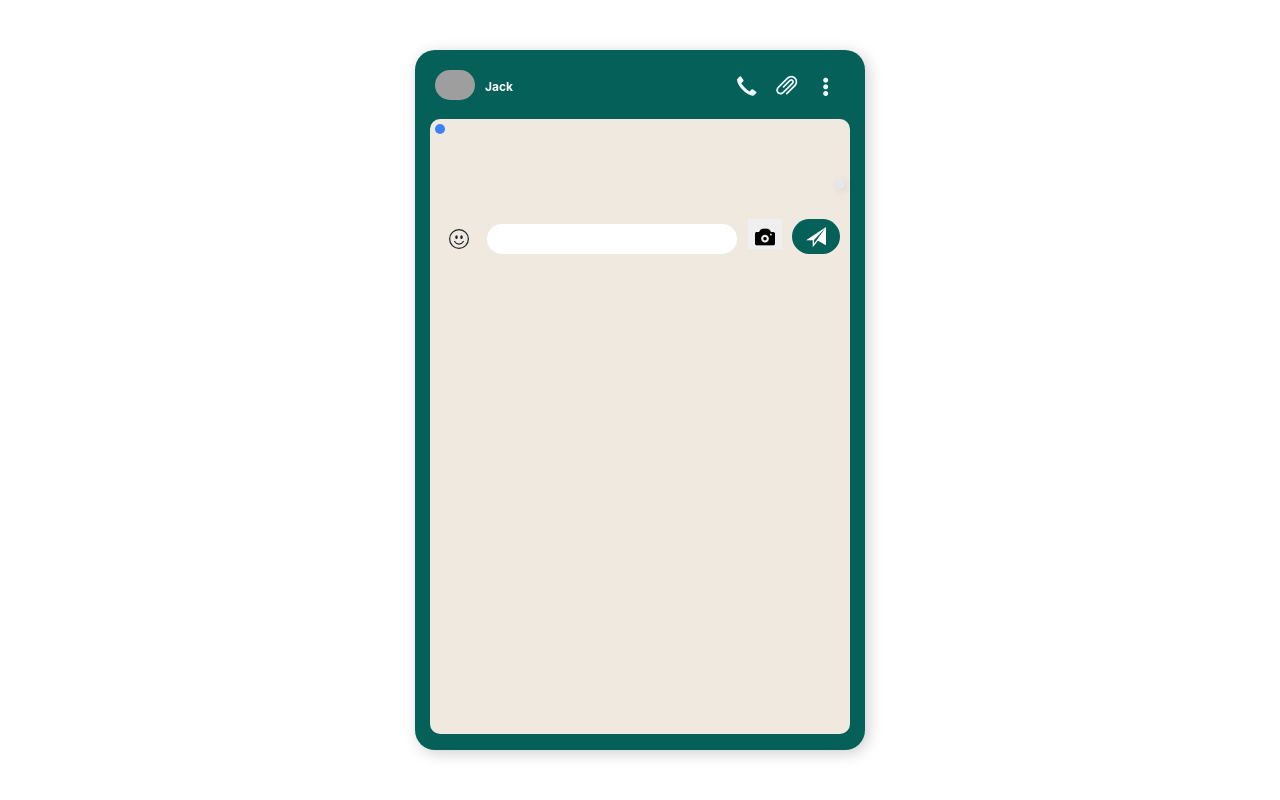
Repository: sibi24sibi/php-mysql-manal-chatbot
Page: http://localhost/
The author's editor kept a copy of each file at every save. The page is drawn from the files as they stood at one save, then again after the next save.
The browser window is 1280 px wide. The pictures show the whole page.
Pictures or frames that could not be fetched are drawn as grey boxes. The page is run by PHP 8.4 with error messages shown; the project is at /var/www/html/.

Above is the page before, as saved 2023-01-15 13:44:45.

### index.php
<!DOCTYPE html>
<html lang="en">
<head>
    <meta charset="UTF-8">
    <meta http-equiv="X-UA-Compatible" content="IE=edge">
    <meta name="viewport" content="width=device-width, initial-scale=1.0">
    <title>Document</title>
    <link rel="stylesheet" href="style.css">
    <link href="//maxcdn.bootstrapcdn.com/bootstrap/3.3.6/css/bootstrap.min.css" type="text/css" rel="stylesheet">
    <link rel="stylesheet" href="https://cdn.jsdelivr.net/npm/bootstrap@4.6.2/dist/css/bootstrap.min.css" integrity="sha384-xOolHFLEh07PJGoPkLv1IbcEPTNtaed2xpHsD9ESMhqIYd0nLMwNLD69Npy4HI+N" crossorigin="anonymous">
</head>
<body>
    <div class="bot-windows">
        <div class="bot-window-materail">
            <div class="profile d-flex bd-highlight mb-3">
                <div class="profile-pic p-2 bd-highlight">
                    <img src="https://cdn.statusqueen.com/dpimages/thumbnail/anime_boy_dp-2331.jpg" alt="" srcset="">
                </div>
                <div class="profile-name p-2 bd-highlight align-self-center">
                    Jack
                </div>
                <div class="ml-auto p-2 bd-highlight align-self-center">
                    <button type="button" class="btn btn-default" aria-label="Left Align">
                        <span class="glyphicon glyphicon-earphone" style="color:aliceblue" aria-hidden="true"></span>
                    </button>
                    <button type="button" class="btn btn-default" aria-label="Left Align">
                        <span class="glyphicon glyphicon-paperclip" style="color:aliceblue" aria-hidden="true"></span>
                    </button>
                    <button type="button" class="btn btn-default" aria-label="Left Align">
                        <span class="glyphicon glyphicon-option-vertical" style="color:aliceblue" aria-hidden="true"></span>
                    </button>
                </div>
            </div>
            <div class="chat-screen ">




                <div id="body align-items-start">

                    <div class="userSection">
                    <div class="messages user-message">

                    </div>
                    <div class="seperator"></div>
                    </div>
                    <div class="botSection">
                    <div class="messages bot-reply">

                    </div>
                    <div class="seperator"></div>
                    </div>
                </div>


                <div class="bottom-tools d-flex">
                    <div class="input-group rounded p-2 bd-highlight">
                        <button type="button" class="btn btn-default " aria-label="Left Align">
                            <svg xmlns="http://www.w3.org/2000/svg" width="20" height="20" fill="currentColor" class="bi bi-emoji-smile" viewBox="0 0 16 16">
                                <path d="M8 15A7 7 0 1 1 8 1a7 7 0 0 1 0 14zm0 1A8 8 0 1 0 8 0a8 8 0 0 0 0 16z"/>
                                <path d="M4.285 9.567a.5.5 0 0 1 .683.183A3.498 3.498 0 0 0 8 11.5a3.498 3.498 0 0 0 3.032-1.75.5.5 0 1 1 .866.5A4.498 4.498 0 0 1 8 12.5a4.498 4.498 0 0 1-3.898-2.25.5.5 0 0 1 .183-.683zM7 6.5C7 7.328 6.552 8 6 8s-1-.672-1-1.5S5.448 5 6 5s1 .672 1 1.5zm4 0c0 .828-.448 1.5-1 1.5s-1-.672-1-1.5S9.448 5 10 5s1 .672 1 1.5z"/>
                            </svg>
                        </button>
                        <input type="search" id="userInput" class="send-box mr-auto p-2" placeholder="" aria-label="Search" aria-describedby="search-addon"  name="messages"/>
                    </div>
                    <button type="button" class="camera  p-2 bd-highlight" aria-label="Left Align">
                        <span class="glyphicon glyphicon-camera" style="color:black" aria-hidden="true"></span>
                    </button>
                    <button id="send" class="send-button send ml-auto p-2 bd-highlight" aria-label="Left Align">
                        <span class="glyphicon glyphicon-send" style="color:white" aria-hidden="true"></span>
                    </button>
                </div>

            </div>

        </div>
    </div>


      <script type="text/javascript">

      document.querySelector("#send").addEventListener("click", async () => {
        let xhr = new XMLHttpRequest();
        var userMessage = document.querySelector("#userInput").value

        let userHtml = '<div class="userSection">'+'<div class="messages user-message">'+userMessage+'</div>'+
        '<div class="seperator"></div>'+'</div>'

        document.querySelector('#body').innerHTML+= userHtml;

        xhr.open("POST", "query.php");
        xhr.setRequestHeader("Content-type", "application/x-www-form-urlencoded");
        xhr.send(`messageValue=${userMessage}`);

        xhr.onload = function () {
            let botHtml = '<div class="botSection">'+'<div class="messages bot-reply">'+this.responseText+'</div>'+
            '<div class="seperator"></div>'+'</div>'

            document.querySelector('#body').innerHTML+= botHtml;
        }

      })

    </script>

  </body>
  </html>

### style.css
body{
    margin: 0;
    padding: 0;
    display: flex;
    align-items: center;
    justify-content: center;
    font-family: "Rubik", sans-serif;
  }

  .bot-windows {
    margin: 50px 0;
    height: 700px;
    width: 450px;
    background-color:rgb(4, 96, 88);
    display: flex;
    box-shadow: 3px 3px 15px rgba(0, 0, 0, 0.2) ;
    border-radius: 20px;
  }
  .bot-window-materail {
    padding: 15px;
    width: 450px;

  }
  .profile {
    color:white;
    font-size: larger;
    font-weight: bold;
  }
  .profile img {
    height: 30px;
    weight: 30px;
    border-radius: 50px;
  }
  .glyphicon {
    font-size: 20px;
  }
  .chat-screen{
    background-color: rgb(240, 233, 224);
    height: 615px;
    width: 420px;
    border-radius: 10px;
  }
.send-box{
  border-color: transparent;
  box-shadow: transparent;
  background-color: rgb(255, 255, 255);
  border-radius: 50px;
  outline-color: transparent;
  height: 30px;
  width: 250px;
}
.send-button{
  background-color:rgb(4, 96, 88);
  border-radius: 40px;
  border-color: transparent;
  height: 35px;
  width: 60px;
  margin-left: 15px;
  margin-right: 10px;
  margin-bottom: 5px;
}
svg{
  margin-left: 5px;
  margin-right: 10px;
}
.input-group{
  margin-bottom: 5px;
}
.camera{
  margin-left: 5px;
  margin-right: 10px;
  margin-bottom: 5px;
  border-color: transparent;
  height: 30px;
}


.userSection {
    width: 100%;
  }



  .user-message {
    margin-top: 1rem;
    text-align: left;
    background: #3B82F6;
    color: white;
    float: left;
  }

  .messages {
    max-width: 60%;
    margin: .5rem;
    font-size: 1.2rem;
    padding: .5rem;
    border-radius: 7px;
  }


  .seperator {
    width: 100%;
    height: 50px;
  }

  .bot-reply {
    text-align: right;
    background: #E5E7EB;
    margin-top: 1rem;
    float: right;
    color: black;
    box-shadow: 2px 2px 8px rgba(0, 0, 0, 0.1);
  }

  .seperator {
    width: 100%;
    height: 50px;
  }

After the next save:
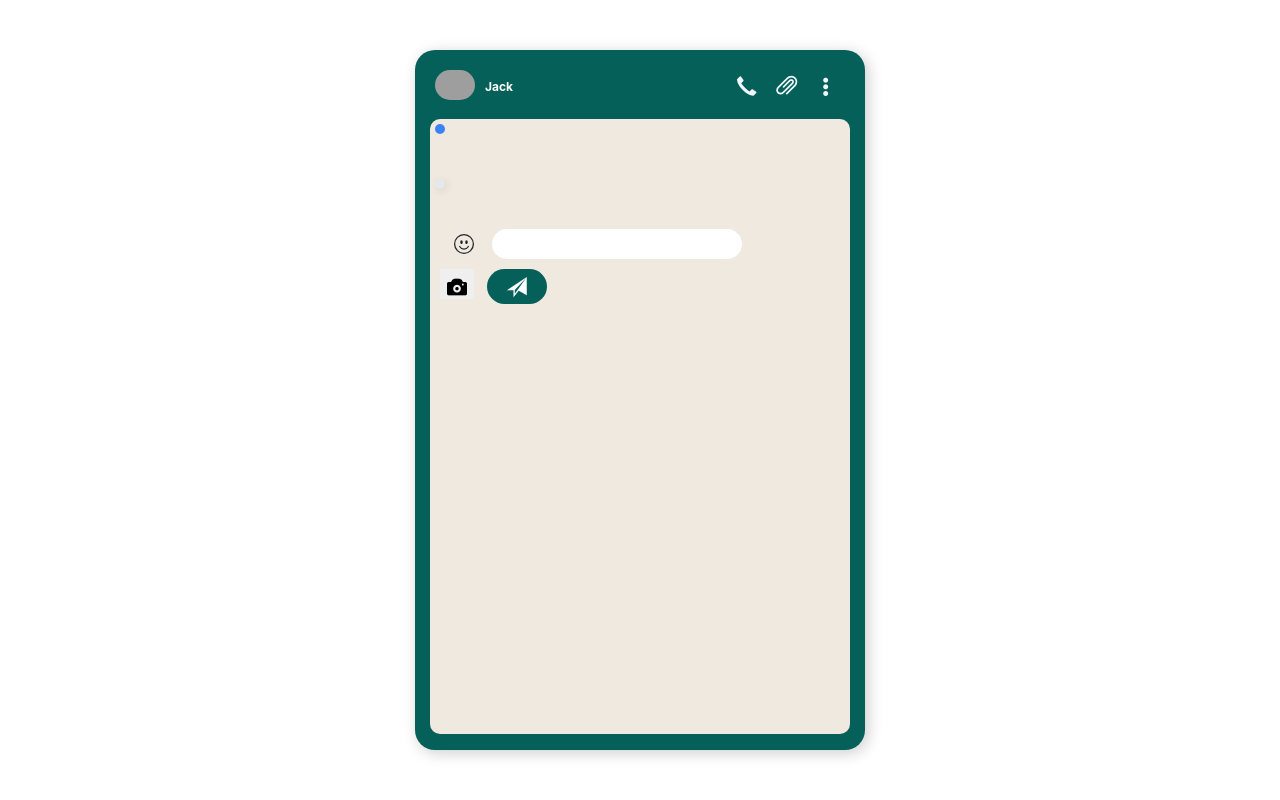
Saved 17 min 36 s later.
--- a/index.php
+++ b/index.php
@@ -31,12 +31,12 @@
                     </button>
                 </div>
             </div>
-            <div class="chat-screen ">
+            <div class="chat-screen  d-flex align-items-start flex-column bd-highlight mb-3">
 
 
 
 
-                <div id="body align-items-start">
+                <div id="body mb-auto p-2 bd-highlight">
 
                     <div class="userSection">
                     <div class="messages user-message">
@@ -53,7 +53,7 @@
                 </div>
 
 
-                <div class="bottom-tools d-flex">
+                <div class="bottom-tools p-2 bd-highlight">
                     <div class="input-group rounded p-2 bd-highlight">
                         <button type="button" class="btn btn-default " aria-label="Left Align">
                             <svg xmlns="http://www.w3.org/2000/svg" width="20" height="20" fill="currentColor" class="bi bi-emoji-smile" viewBox="0 0 16 16">
